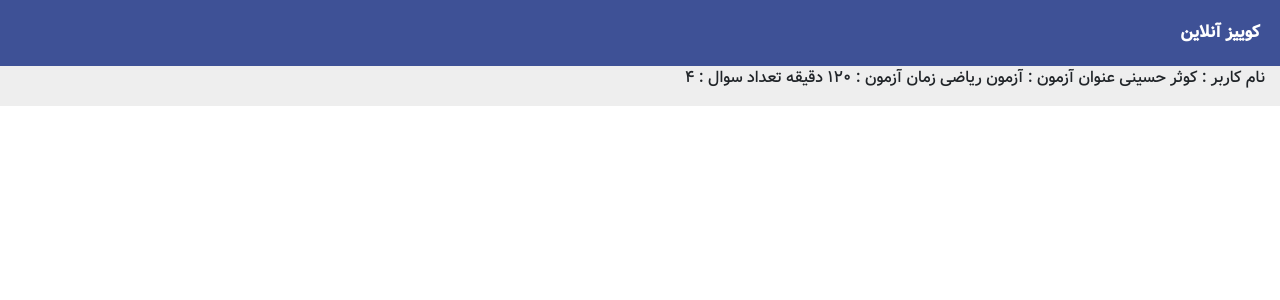
Repository: kosar78/quiz-online
Page: quiz.html
The author's editor kept a copy of each file at every save. The page is drawn from the files as they stood at one save, then again after the next save.
The browser window is 1280 px wide. The pictures show the whole page.
Some web libraries are served in a nearby version.

Above is the page before, as saved 2022-01-09 20:52:22.

After the next save:
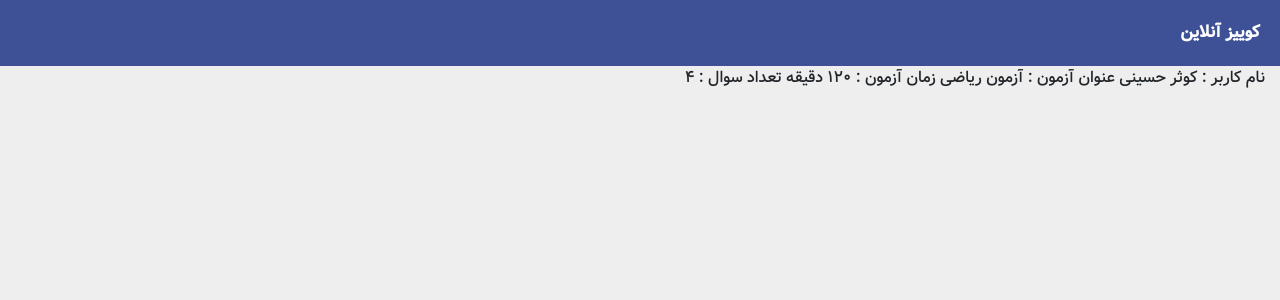
Saved 16 s later.
--- a/css/quiz.css
+++ b/css/quiz.css
@@ -20,7 +20,7 @@ html body {
     text-align: center;
     /* background: linear-gradient(260.06deg, #363671 12.33%, #3E5196 57.46%); */
     /* height: 100vh; */
-
+    background-color: #eee;
 }
 
 ul li{
@@ -36,7 +36,7 @@ ul li{
     font-size: 17px;
 }
 .main-row{
-    background-color: #eee;
+
 }
 ::placeholder {
     color: rgb(0, 0, 0,.5);
